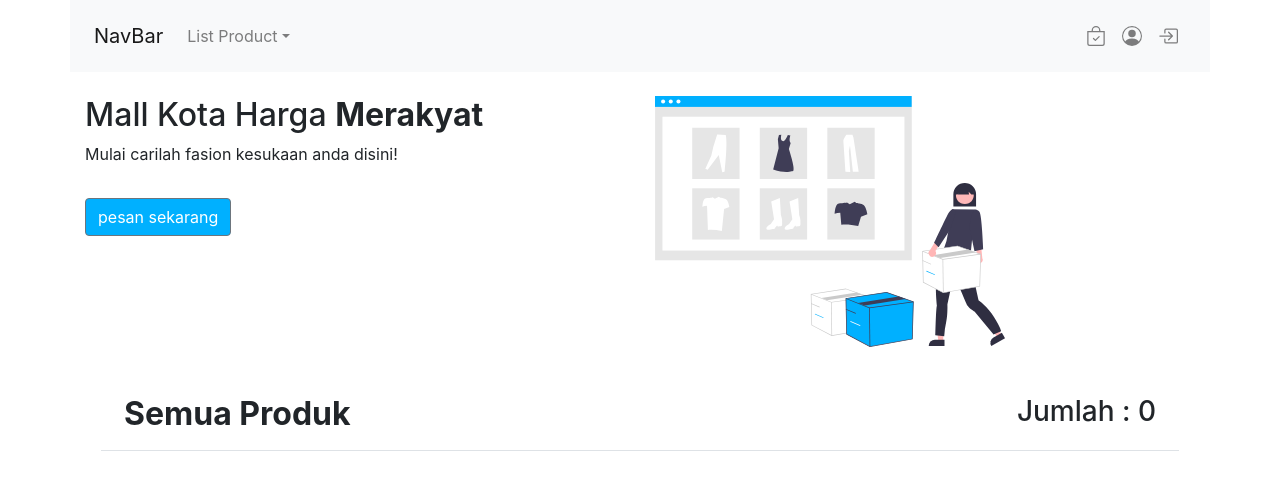
Repository: AHSANS354/ecommerce-catalog
Page: /
These files come from the project's save history. The page is drawn as it stood at one moment and after the next save; the edit follows.
The browser window is 1280 px wide. The pictures show the whole page.
The page's requests for data from a server got no answer. The project was rebuilt for these pictures with package versions that can differ from the ones it lists, and the page was loaded fresh each time. No one was signed in, and anything a server would have sent is missing. Also part of the build but not shown: vue.config.js, src/components/CardProduct.vue.

Above is the page before, as saved 2023-03-01 23:04:32.

After the next save:
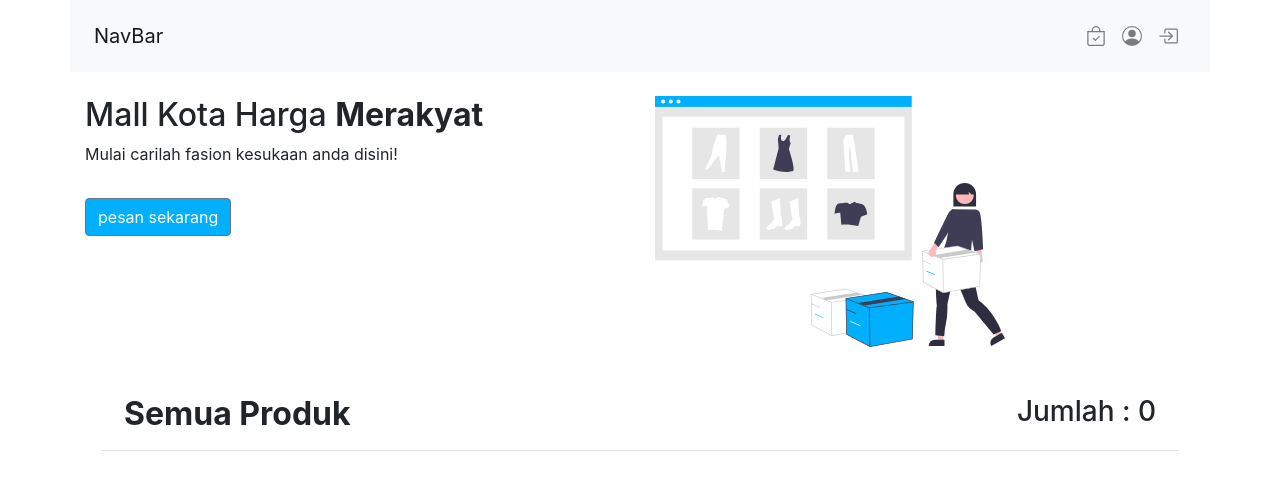
Saved 3 min 52 s later.
--- a/src/components/NavbarView.vue
+++ b/src/components/NavbarView.vue
@@ -7,8 +7,13 @@
 
       <b-collapse id="nav-collapse" is-nav>
         <b-navbar-nav>
-          <b-nav-item-dropdown text="List Product" right>
-            <router-link class="dropdown-item" to="/">EN</router-link>
+          <b-nav-item-dropdown
+            text="List Product"
+            right
+            v-for="list in lists"
+            :key="list"
+          >
+            <router-link class="dropdown-item" to="/">{{ list }}</router-link>
             <router-link class="dropdown-item" to="/">ES</router-link>
             <router-link class="dropdown-item" to="/">RU</router-link>
             <router-link class="dropdown-item" to="/">FA</router-link>
@@ -40,18 +45,18 @@
   name: "NavbarView",
   data() {
     return {
-      list: {},
+      lists: {},
     };
   },
   methods: {
-    setList(data) {
-      this.list = data;
+    setLists(data) {
+      this.lists = data;
     },
   },
   mounted() {
     axios
       .get("https://fakestoreapi.com/products/categories")
-      .then((response) => this.setList(response))
+      .then((response) => this.setLists(response))
       .catch((err) => console.log(err));
   },
 };

After the 3 saves that followed:
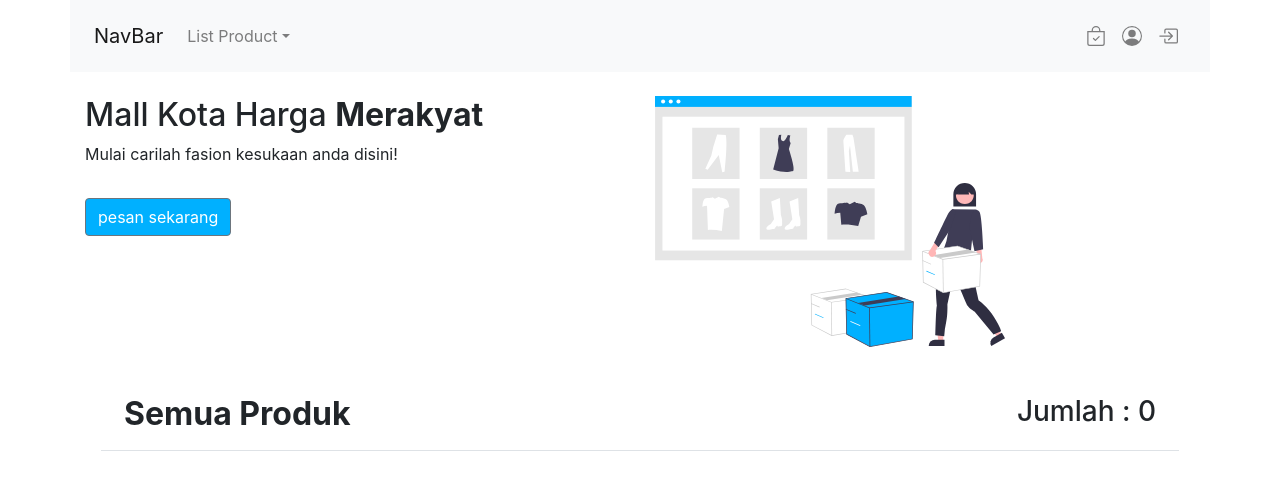
The 3 saves are shown as one change because 2 left the picture as it was.
The last was saved 113 s later.
--- a/src/components/NavbarView.vue
+++ b/src/components/NavbarView.vue
@@ -7,16 +7,14 @@
 
       <b-collapse id="nav-collapse" is-nav>
         <b-navbar-nav>
-          <b-nav-item-dropdown
-            text="List Product"
-            right
-            v-for="list in lists"
-            :key="list"
-          >
-            <router-link class="dropdown-item" to="/">{{ list }}</router-link>
-            <router-link class="dropdown-item" to="/">ES</router-link>
-            <router-link class="dropdown-item" to="/">RU</router-link>
-            <router-link class="dropdown-item" to="/">FA</router-link>
+          <b-nav-item-dropdown text="List Product" right>
+            <router-link
+              class="dropdown-item"
+              to="/"
+              v-for="list in lists"
+              :key="list"
+              >{{ list }}</router-link
+            >
           </b-nav-item-dropdown>
         </b-navbar-nav>
 
@@ -56,7 +54,7 @@
   mounted() {
     axios
       .get("https://fakestoreapi.com/products/categories")
-      .then((response) => this.setLists(response))
+      .then((response) => this.setLists(response.data))
       .catch((err) => console.log(err));
   },
 };
